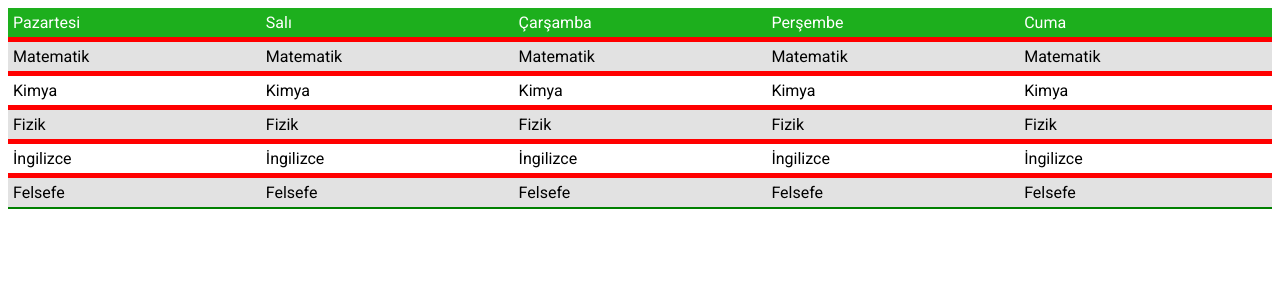
Repository: ahmetbugraozcan/css-ders-programi
Page: deneme.html
An editor plug-in stored every save of this project. The page is shown before and after the next save, followed by the edit.
The browser window is 1280 px wide. The pictures show the whole page.

Above is the page before, as saved 2021-07-10 09:47:11.

### deneme.html
<!DOCTYPE html>
<html lang="en">

<head>
    <link href='http://fonts.googleapis.com/css?family=Roboto' rel='stylesheet' type='text/css'>

    <meta charset="UTF-8">
    <meta http-equiv="X-UA-Compatible" content="IE=edge">
    <meta name="viewport" content="width=device-width, initial-scale=1.0">
    <title>Document</title>
</head>
<style>

body {
          font-family: 'Roboto', sans-serif;

        }

    header {
        background-color: rgb(29, 175, 29);
        color: white;
    }

    header,
    .row {
        display: flex;
        /* aligns all child elements (flex items) in a row */
    }

    .col :nth-of-type(odd){
        background-color:rgb(226, 226, 226) ;
    }
    .col :last-child {
        border-bottom: 2px solid green;
    }

    .col > div , header > div{
        padding: 5px;
        border-bottom: 5px solid red;

    }


    .col {
        flex: 1;
        /* distributes space on the line equally among items */
    }
</style>

<body>

    <header>
        <div class="col">Pazartesi</div>
        <div class="col">Salı</div>
        <div class="col">Çarşamba</div>
        <div class="col">Perşembe</div>
        <div class="col">Cuma</div>
    </header>
    <div class="row">
        <div class="col">
            <div>Matematik</div>
            <div>Kimya</div>
            <div>Fizik</div>
            <div>İngilizce</div>
            <div>Felsefe</div>
        </div>
        <div class="col"><div>Matematik</div><div>Kimya</div>
            <div>Fizik</div>
            <div>İngilizce</div>
            <div>Felsefe</div>
        </div>
        <div class="col"><div>Matematik</div>
            <div>Kimya</div>
            <div>Fizik</div>
            <div>İngilizce</div>
            <div>Felsefe</div>
        </div>
        <div class="col"><div>Matematik</div><div>Kimya</div>
            <div>Fizik</div>
            <div>İngilizce</div>
            <div>Felsefe</div>
        </div>
        <div class="col"><div>Matematik</div>
            <div>Kimya</div>
            <div>Fizik</div>
            <div>İngilizce</div>
            <div>Felsefe</div>
        </div>
    </div>
</body>

</html>

After the next save:
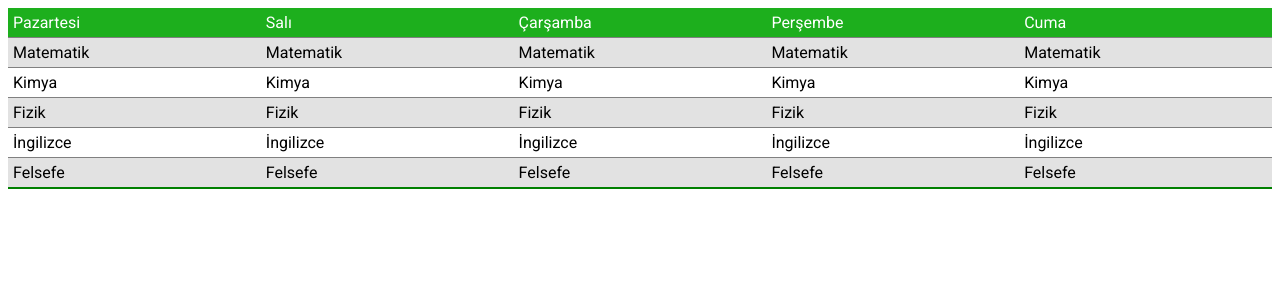
Saved 8 s later.
--- a/deneme.html
+++ b/deneme.html
@@ -36,7 +36,7 @@ body {
 
     .col > div , header > div{
         padding: 5px;
-        border-bottom: 5px solid red;
+        border-bottom: 1px solid grey;
 
     }
 
